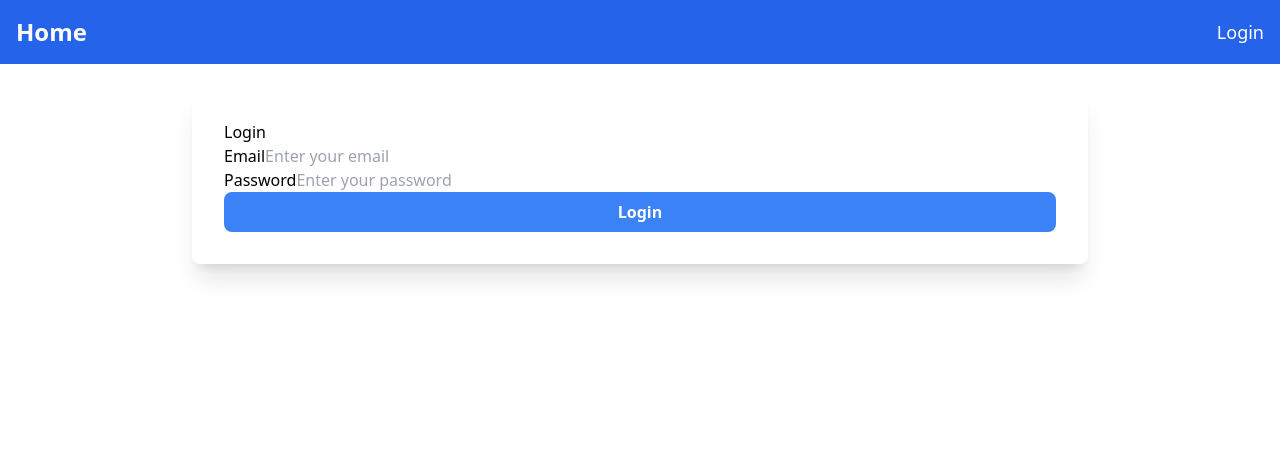
Repository: Ademaulana100499/learnReact
Page: /login
These files come from the project's save history. The page is drawn as it stood at one moment and after the next save; the edit follows.
The browser window is 1280 px wide. The pictures show the whole page.
The project was rebuilt for these pictures with package versions that can differ from the ones it lists, and the page was loaded fresh each time. Also part of the build but not shown: vite.config.js, src/components/Navbar/index.jsx, src/pages/HomePage/index.jsx, src/pages/DetailPage/index.jsx.

Above is the page before, as saved 2024-12-15 09:42:46.

### src/App.jsx
import { BrowserRouter, Routes, Route } from "react-router-dom";
import { HomePage } from "./pages/HomePage";
import { DetailPage } from "./pages/DetailPage";
import { LoginPage } from "./pages/LoginPage";

export function App() {
  return (
    <div>
      <BrowserRouter>
        <Routes>
          <Route path="/" element={<HomePage />} />
          <Route path="/detail/:id" element={<DetailPage />} />
          <Route path="/login" element={<LoginPage />} />
        </Routes>
      </BrowserRouter>
    </div>
  );
}

### src/pages/LoginPage/index.jsx
import { Navbar } from "../../components";

export const LoginPage = () => {
  return (
    <div>
      <Navbar />
      <div className="max-w-4xl p-8 mx-auto mt-6 bg-white rounded-lg shadow-xl">
        <h1 className="">Login</h1>
        <form>
          <div>
            <label htmlFor="email">Email</label>
            <input
              type="email"
              id="email"
              name="email"
              placeholder="Enter your email"
              required
            />
          </div>
          <div>
            <label htmlFor="password">Password</label>
            <input
              type="password"
              id="password"
              name="password"
              placeholder="Enter your password"
              required
            />
          </div>
          <button
            className="w-full px-6 py-2 font-semibold text-white transition-colors bg-blue-500 rounded-lg hover:bg-blue-600"
            type="submit"
          >
            Login
          </button>
        </form>
      </div>
    </div>
  );
};

### src/components/index.jsx
import { Link } from "react-router-dom";
export const Navbar = () => {
  return (
    <div className="bg-blue-600 text-white p-4">
      <div className="container mx-auto flex justify-between items-center">
        <div>
          <Link
            to="/"
            className="text-2xl font-semibold hover:text-gray-300 transition-colors"
          >
            Home
          </Link>
        </div>
        <div className="space-x-6">
          <Link
            to="/login"
            className="text-lg font-medium hover:text-gray-300 transition-colors"
          >
            Login
          </Link>
        </div>
      </div>
    </div>
  );
};

Loaded but not shown: index.html (common file); src/main.jsx (common file); src/index.css (common file); tailwind.config.js (common file)

After the next save:
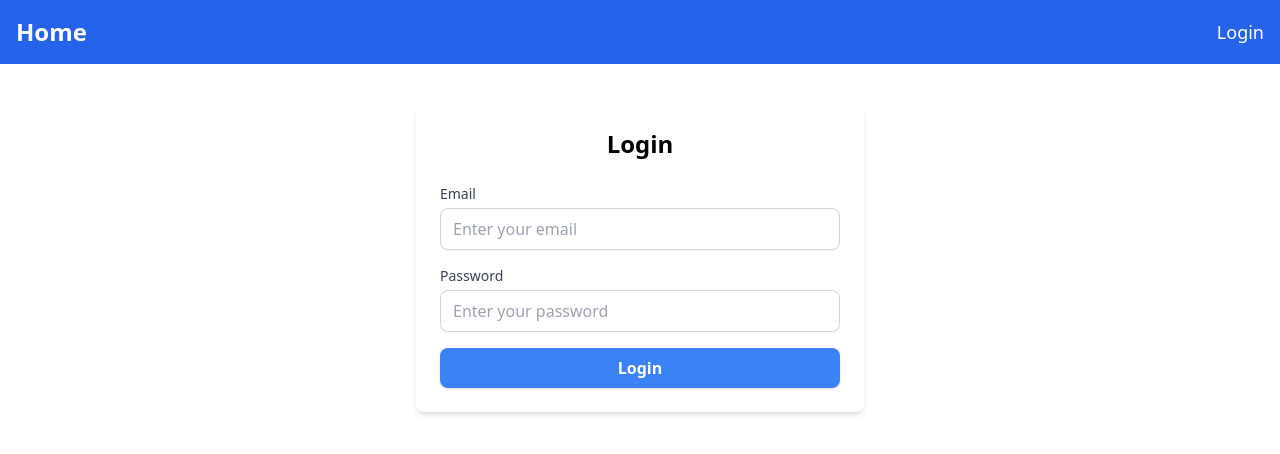
Saved 43 s later.
--- a/src/pages/LoginPage/index.jsx
+++ b/src/pages/LoginPage/index.jsx
@@ -4,31 +4,43 @@
   return (
     <div>
       <Navbar />
-      <div className="max-w-4xl p-8 mx-auto mt-6 bg-white rounded-lg shadow-xl">
-        <h1 className="">Login</h1>
+      <div className="max-w-md p-6 mx-auto mt-10 bg-white rounded-lg shadow-md">
+        <h1 className="mb-6 text-2xl font-bold text-center">Login</h1>
         <form>
-          <div>
-            <label htmlFor="email">Email</label>
+          <div className="mb-4">
+            <label
+              htmlFor="email"
+              className="block mb-1 text-sm font-medium text-gray-700"
+            >
+              Email
+            </label>
             <input
               type="email"
               id="email"
               name="email"
               placeholder="Enter your email"
               required
+              className="w-full px-3 py-2 border border-gray-300 rounded-lg shadow-sm focus:outline-none focus:ring-2 focus:ring-blue-400 focus:border-transparent"
             />
           </div>
-          <div>
-            <label htmlFor="password">Password</label>
+          <div className="mb-4">
+            <label
+              htmlFor="password"
+              className="block mb-1 text-sm font-medium text-gray-700"
+            >
+              Password
+            </label>
             <input
               type="password"
               id="password"
               name="password"
               placeholder="Enter your password"
               required
+              className="w-full px-3 py-2 border border-gray-300 rounded-lg shadow-sm focus:outline-none focus:ring-2 focus:ring-blue-400 focus:border-transparent"
             />
           </div>
           <button
-            className="w-full px-6 py-2 font-semibold text-white transition-colors bg-blue-500 rounded-lg hover:bg-blue-600"
+            className="w-full px-4 py-2 font-semibold text-white bg-blue-500 rounded-lg shadow hover:bg-blue-600 focus:outline-none focus:ring-2 focus:ring-blue-400 focus:ring-offset-1"
             type="submit"
           >
             Login
